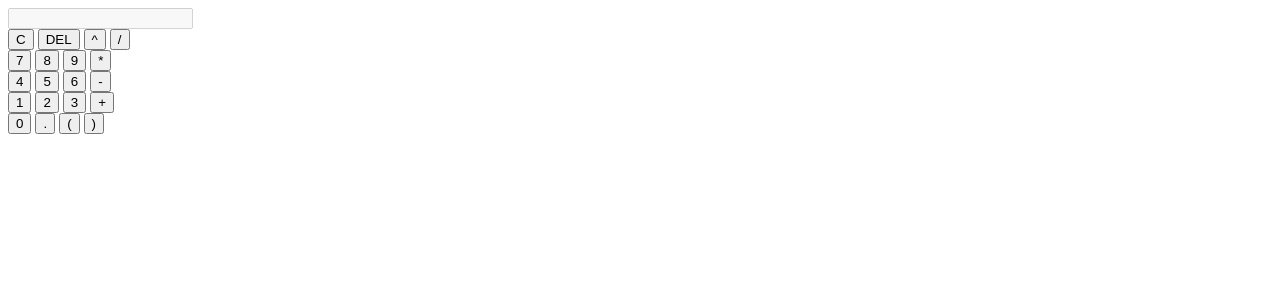
Repository: Haakim19/Scientific-Calculator
Page: intex.html
The author's editor kept a copy of each file at every save. The page is drawn from the files as they stood at one save, then again after the next save.
The browser window is 1280 px wide. The pictures show the whole page.

Above is the page before, as saved 2024-10-27 11:30:10.

After the next save:
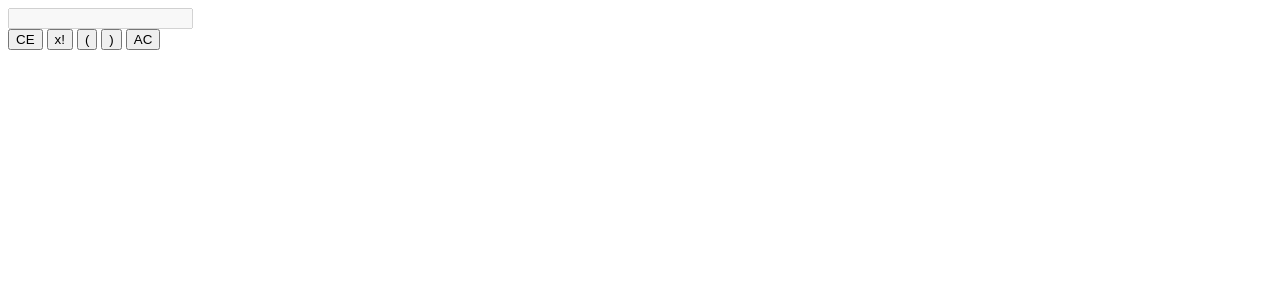
Saved 2 min 53 s later.
--- a/intex.html
+++ b/intex.html
@@ -11,34 +11,12 @@
             <input type="text" id="display" disabled>
         </div>
         <div class="row">
-            <button onclick="clearDisplay()">C</button>
-            <button onclick="deleteChar()">DEL</button>
-            <button onclick="insertChar('**')">^</button>
-            <button onclick="insertChar('/')">/</button>
+            <button class="btn">CE</button>
+            <button class="btn">x!</button>
+            <button class="btn">(</button>
+            <button class="btn">)</button>
+            <button class="btn">AC</button>
         </div>
-        <div class="row">
-            <button onclick="insertChar('7')">7</button>
-            <button onclick="insertChar('8')">8</button>
-            <button onclick="insertChar('9')">9</button>
-            <button onclick="insertChar('*')">*</button>
-    </div>
-    <div class="row">
-        <button onclick="insertChar('4')">4</button>
-        <button onclick="insertChar('5')">5</button>
-        <button onclick="insertChar('6')">6</button>
-        <button onclick="insertChar('-')">-</button>
-    </div>
-    <div class="row">
-        <button onclick="insertChar('1')">1</button>
-        <button onclick="insertChar('2')">2</button>
-        <button onclick="insertChar('3')">3</button>
-        <button onclick="insertChar('+')">+</button>
-    </div>
-    <div class="row">
-        <button onclick="insertChar('0')">0</button>
-        <button onclick="insertChar('.')">.</button>
-        <button onclick="insertChar('(')">(</button>
-        <button onclick="insertChar(')')">)</button>
 </body>
 
 </html>
